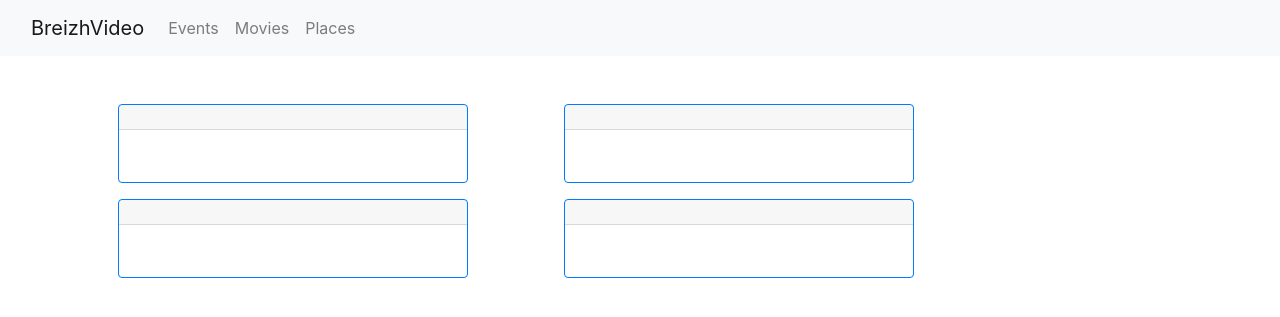
Repository: romgrm/Hackaton_BreizhVideo_FRONT
Page: /Movies
The author's editor kept a copy of each file at every save. The page is drawn from the files as they stood at one save, then again after the next save.
The browser window is 1280 px wide. The pictures show the whole page.
The page's requests for data from a server got no answer. Some web libraries are served in a nearby version. The project was rebuilt for these pictures with package versions that can differ from the ones it lists, and the page was loaded fresh each time. No one was signed in, and anything a server would have sent is missing. Also part of the build but not shown: src/Components/Events.js, src/Components/Village.js.

Above is the page before, as saved 2020-12-21 20:18:41.

### public/index.html
<!DOCTYPE html>
<html lang="en">
  <head>
    <meta charset="utf-8" />
    <link rel="icon" href="%PUBLIC_URL%/favicon.ico" />
    <meta name="viewport" content="width=device-width, initial-scale=1" />
    <meta name="theme-color" content="#000000" />
    <meta
      name="description"
      content="Web site created using create-react-app"
    />
    <link rel="apple-touch-icon" href="%PUBLIC_URL%/logo192.png" />

    <link rel="manifest" href="%PUBLIC_URL%/manifest.json" />

    <title>React App</title>
  </head>
  <body>
    <noscript>You need to enable JavaScript to run this app.</noscript>
    <div id="root"></div>
    <script src="https://kit.fontawesome.com/f66925acc9.js" crossorigin="anonymous"></script>
  </body>
</html>

### src/index.js
import React from 'react';
import ReactDOM from 'react-dom';
import App from './App';
import {BrowserRouter} from 'react-router-dom'


ReactDOM.render(
  <BrowserRouter>
    <App />
  </BrowserRouter>,
  document.getElementById('root')
);

### src/App.js
import bootstrap from '../node_modules/bootstrap/dist/css/bootstrap.min.css'
import Header from './Components/Header'
import {Switch, Route} from 'react-router-dom'
import Films from './Components/Films'
import Events from './Components/Events';
import Village from './Components/Village';


function App() {
  return (
    <>
    <Header />
    <Switch>
      <Route path="/Events" component={Events} />
      <Route path="/Movies" component={Films} />
      <Route path="/Places" component={Village} />
      <Route path="/" />
    </Switch>
    </>
  );
}

export default App;

### src/Components/Header.js
import React from 'react'
import {Link} from 'react-router-dom'

export default function Header() {
    return (
        <nav className="navbar navbar-expand-lg navbar-light bg-light">
  <div className="container-fluid">
    <Link className="navbar-brand" to="/">BreizhVideo</Link>
    <button className="navbar-toggler" type="button" data-bs-toggle="collapse" data-bs-target="#navbarNav" aria-controls="navbarNav" aria-expanded="false" aria-label="Toggle navigation">
      <span className="navbar-toggler-icon"></span>
    </button>
    <div className="collapse navbar-collapse" id="navbarNav">
      <ul className="navbar-nav">
        <li className="nav-item">
          <Link className="nav-link" to="/Events">Events</Link>
        </li>
        <li className="nav-item">
          <Link className="nav-link" to="/Movies">Movies</Link>
        </li>
        <li className="nav-item">
          <Link className="nav-link" to="/Places">Places</Link>
        </li>
      </ul>
    </div>
  </div>
</nav>
    )
}

### src/Components/Films.js
import React, { useState, useEffect } from 'react'
import axios from 'axios'

export default function Films() {

    const [film, setFilm] = useState([]);
    const [display, setDisplay] = useState(false)

    useEffect(() => {

        async function fetchData() {

            const url1 = await axios('http://localhost:8080/Film');
            setFilm(url1.data)
            console.log(film)
            // const url2 = await axios('http://localhost:9090/Agence/' + id);
            // setDataAgence(url2.data)
        }

        fetchData();
    }, []);

    // function showFilm(display){
    //     if(display === false){
    //         setDisplay(display = !display)
    //     }
    //     console.log(display)
    // }


    return (
        <div className="container mx-auto ">
            {/* <button onClick={showFilm()}>test</button> */}
            <div className="row text-center mt-5">
                <div className=" card border-primary mb-3 mx-5" style={{ width: 350 }}>
                    <div className="card-header">{film.map((current) => (
                        current.title
                    ))}</div>
                    <div className="card-body text-primary">
                        <p className="card-title">{film.map((current, id) => (
                            current.releaseYear
                        ))}</p>
                        <p className="card-text">{film.map((current) => (
                            current.description
                        ))}</p>
                    </div>
                </div>
                <div className="card border-primary mb-3 mx-5" style={{ width: 350 }}>
                    <div className="card-header">{film.map((current) => (
                        current.title
                    ))}</div>
                    <div className="card-body text-primary">
                        <p className="card-title">{film.map((current, index) => (
                            current.releaseYear
                        ))}</p>
                        <p className="card-text">{film.map((current) => (
                            current.description
                        ))}</p>
                    </div>
                </div>
                <div className="card border-primary mb-3 mx-5" style={{ width: 350 }}>
                    <div className="card-header">{film.map((current) => (
                        current.title
                    ))}</div>
                    <div className="card-body text-primary">
                        <p className="card-title">{film.map((current, index) => (
                            current.releaseYear
                        ))}</p>
                        <p className="card-text">{film.map((current) => (
                            current.description
                        ))}</p>
                    </div>
                </div>
                <div className="card border-primary mb-3 mx-5" style={{ width: 350 }}>
                    <div className="card-header">{film.map((current) => (
                        current.title
                    ))}</div>
                    <div className="card-body text-primary">
                        <p className="card-title">{film.map((current, index) => (
                            current.releaseYear
                        ))}</p>
                        <p className="card-text">{film.map((current) => (
                            current.description
                        ))}</p>
                    </div>
                </div>
            </div>
        </div>
    )
}

After the next save:
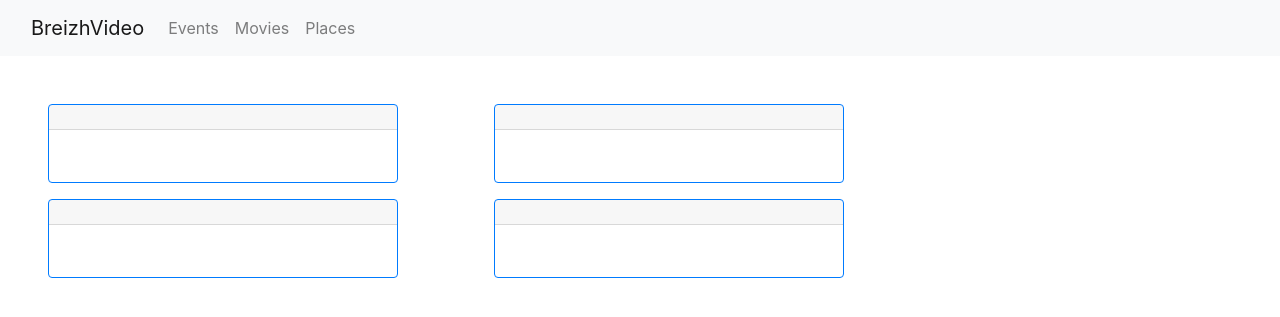
Saved 26 s later.
--- a/src/Components/Films.js
+++ b/src/Components/Films.js
@@ -29,7 +29,7 @@ export default function Films() {
 
 
     return (
-        <div className="container mx-auto ">
+        <div className="container-fluid mx-auto ">
             {/* <button onClick={showFilm()}>test</button> */}
             <div className="row text-center mt-5">
                 <div className=" card border-primary mb-3 mx-5" style={{ width: 350 }}>
